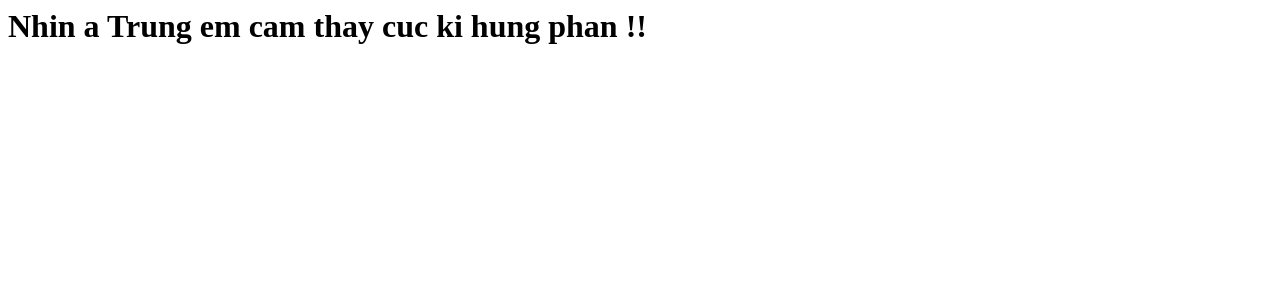
Repository: Hoquoctrung/github-anh-Trung-hihi
Page: about.html
An editor plug-in stored every save of this project. The page is shown before and after the next save, followed by the edit.
The browser window is 1280 px wide. The pictures show the whole page.

Above is the page before, as saved 2021-09-27 10:27:08.

After the next save:
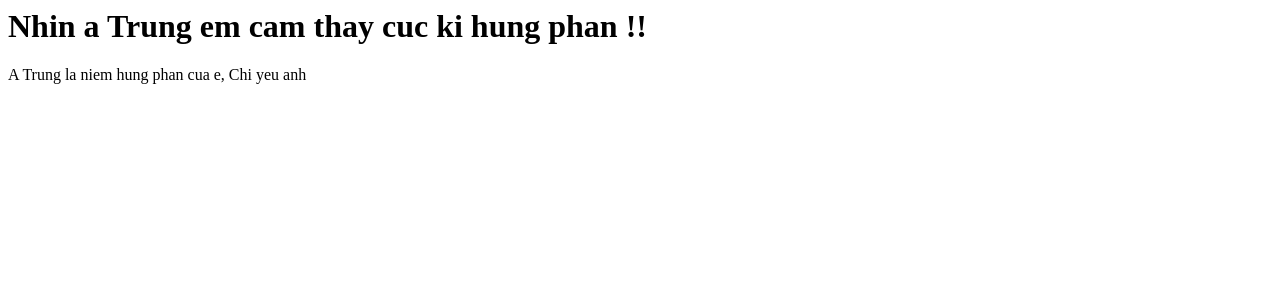
Saved 6 min 55 s later.
--- a/about.html
+++ b/about.html
@@ -1 +1,3 @@
 <h1>Nhin a Trung em cam thay cuc ki hung phan !!</h1>
+
+<p>A Trung la niem hung phan cua e, Chi yeu anh</p>
